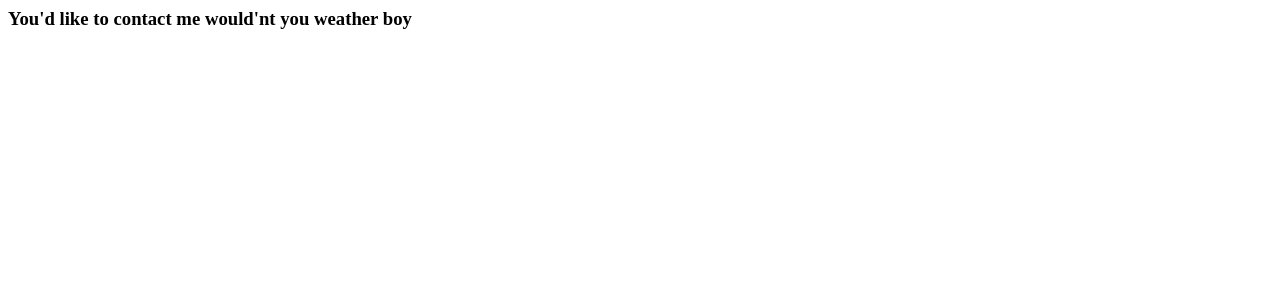
Repository: 0101chaitanya/basic-node-server
Page: contact-me.html
These files come from the project's save history. The page is drawn as it stood at one moment and after the next save; the edit follows.
The browser window is 1280 px wide. The pictures show the whole page.

Above is the page before, as saved 2021-08-25 15:30:46.

### contact-me.html
<html lang="en">

<head>
    <meta charset="UTF-8">
    <meta http-equiv="X-UA-Compatible" content="IE=edge">
    <meta name="viewport" content="width=device-width, initial-scale=<1.0>">
    <title>Document</title>
</head>

<body>
    <h3>You'd like to contact me would'nt you weather boy</h3>

</body>

</html>

After the next save:
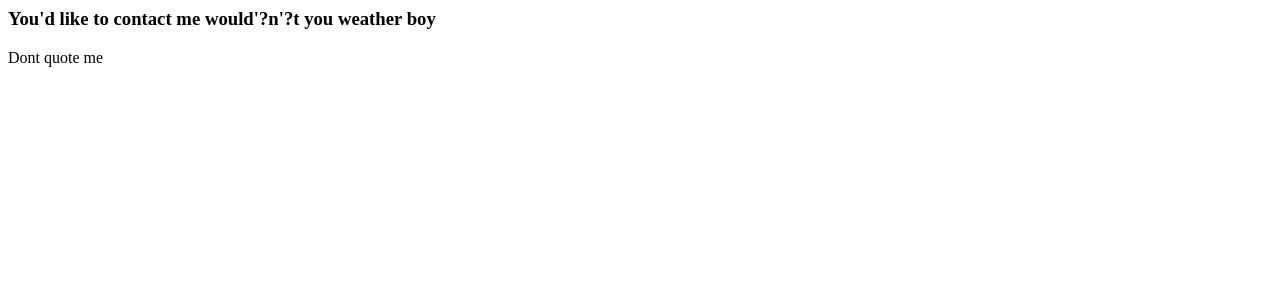
Saved 57 s later.
--- a/contact-me.html
+++ b/contact-me.html
@@ -8,8 +8,8 @@
 </head>
 
 <body>
-    <h3>You'd like to contact me would'nt you weather boy</h3>
-
+    <h3>You'd like to contact me would'?n'?t you weather boy</h3>
+    <p>Dont quote me </p>
 </body>
 
 </html>
